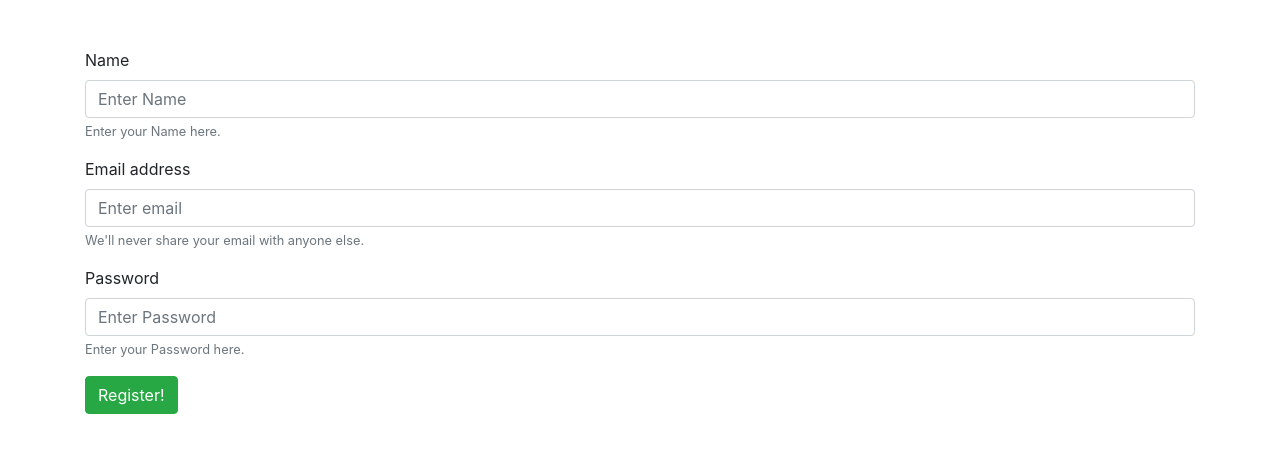
Repository: high-in-entropy/SpringFramework
Page: http://localhost/springmvc/WEB-INF/views/register.jsp
An editor plug-in stored every save of this project. The page is shown before and after the next save, followed by the edit.
The browser window is 1280 px wide. The pictures show the whole page.
Some web libraries are served in a nearby version. The page is served by Tomcat 9. Nobody is signed in. The template is opened directly, without the code that normally fills it, so the values that code supplies are empty.

Above is the page before, as saved 2021-08-24 05:41:54.

After the next save:
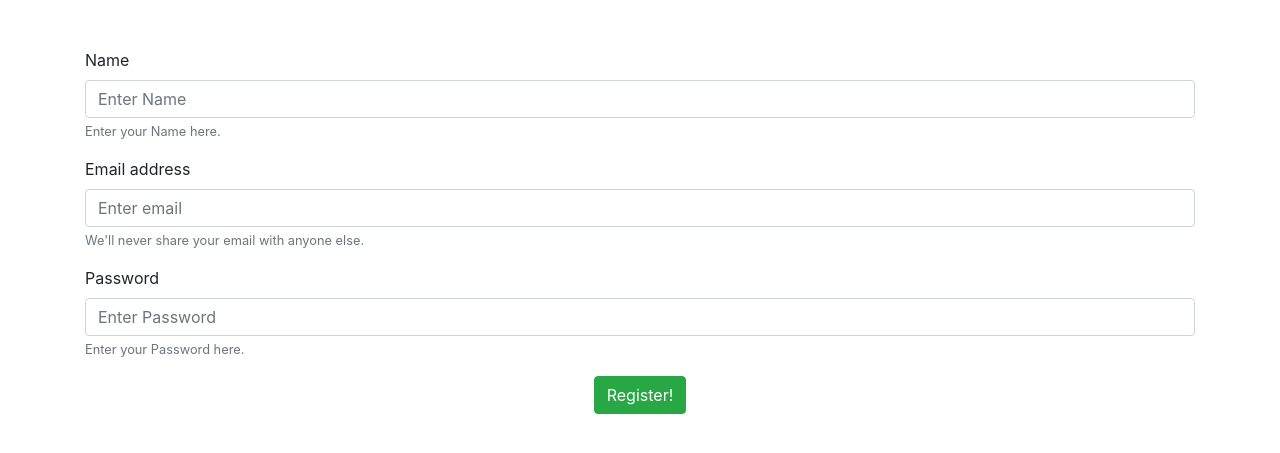
Saved 63 s later.
--- a/springmvc/src/main/webapp/WEB-INF/views/register.jsp
+++ b/springmvc/src/main/webapp/WEB-INF/views/register.jsp
@@ -33,8 +33,9 @@
    			<input type="password" class="form-control" id="userPassword" aria-describedby="emailHelp" placeholder="Enter Password" required>
    			<small id="emailHelp" class="form-text text-muted">Enter your Password here.</small>
  		</div>
-
+ 		<div class="container text-center">
  		<button type="submit" class="btn btn-success">Register!</button>
+ 		</div>
  	</form>
  	</div>
 
